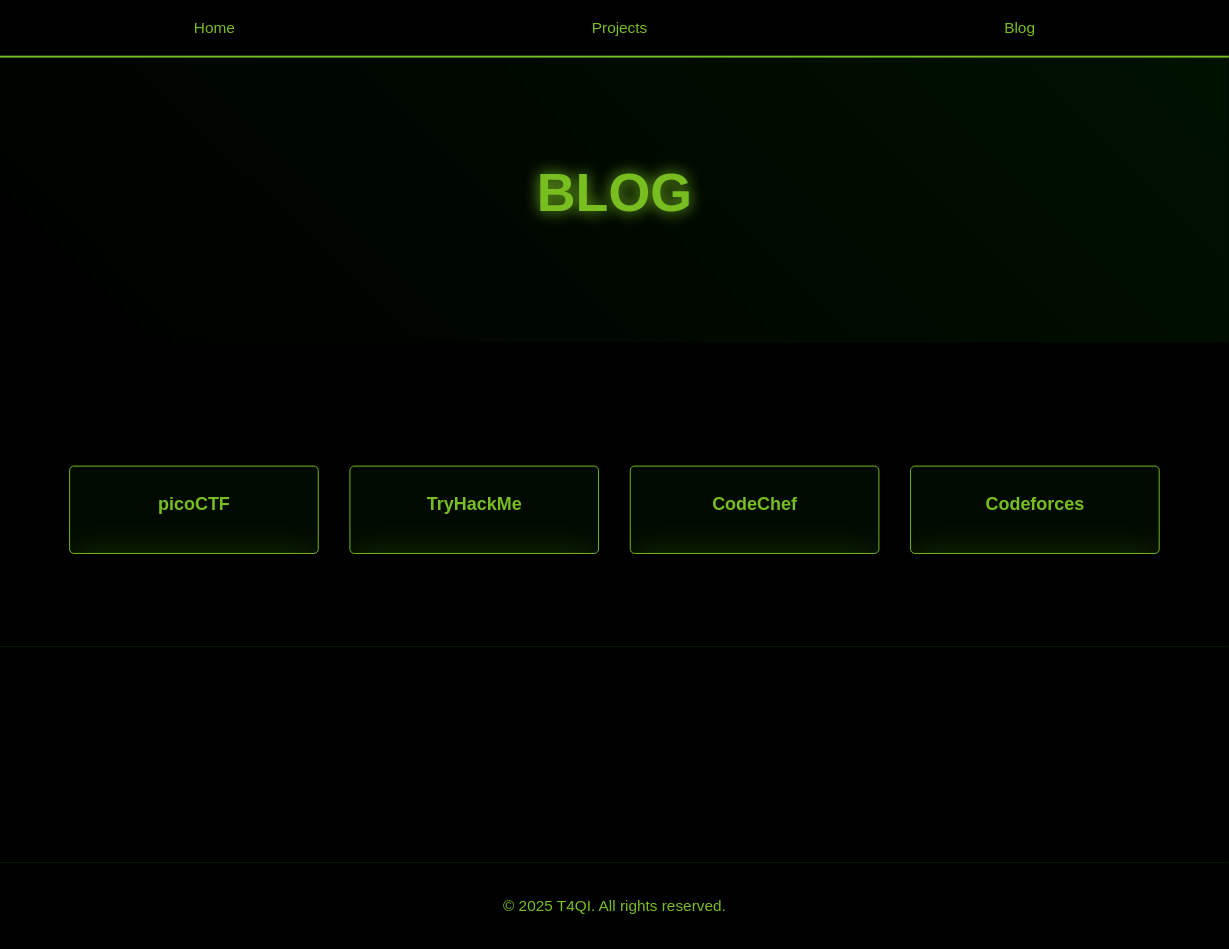
Repository: mohamedsoliman-tq/Website
Page: Blogs.html
An editor plug-in stored every save of this project. The page is shown before and after a run of saves, followed by the edit.
The browser window is 1280 px wide. The pictures show the whole page, at 96% of full size.

Above is the page before, as saved 2025-03-12 23:37:39.

After the next 5 saves:
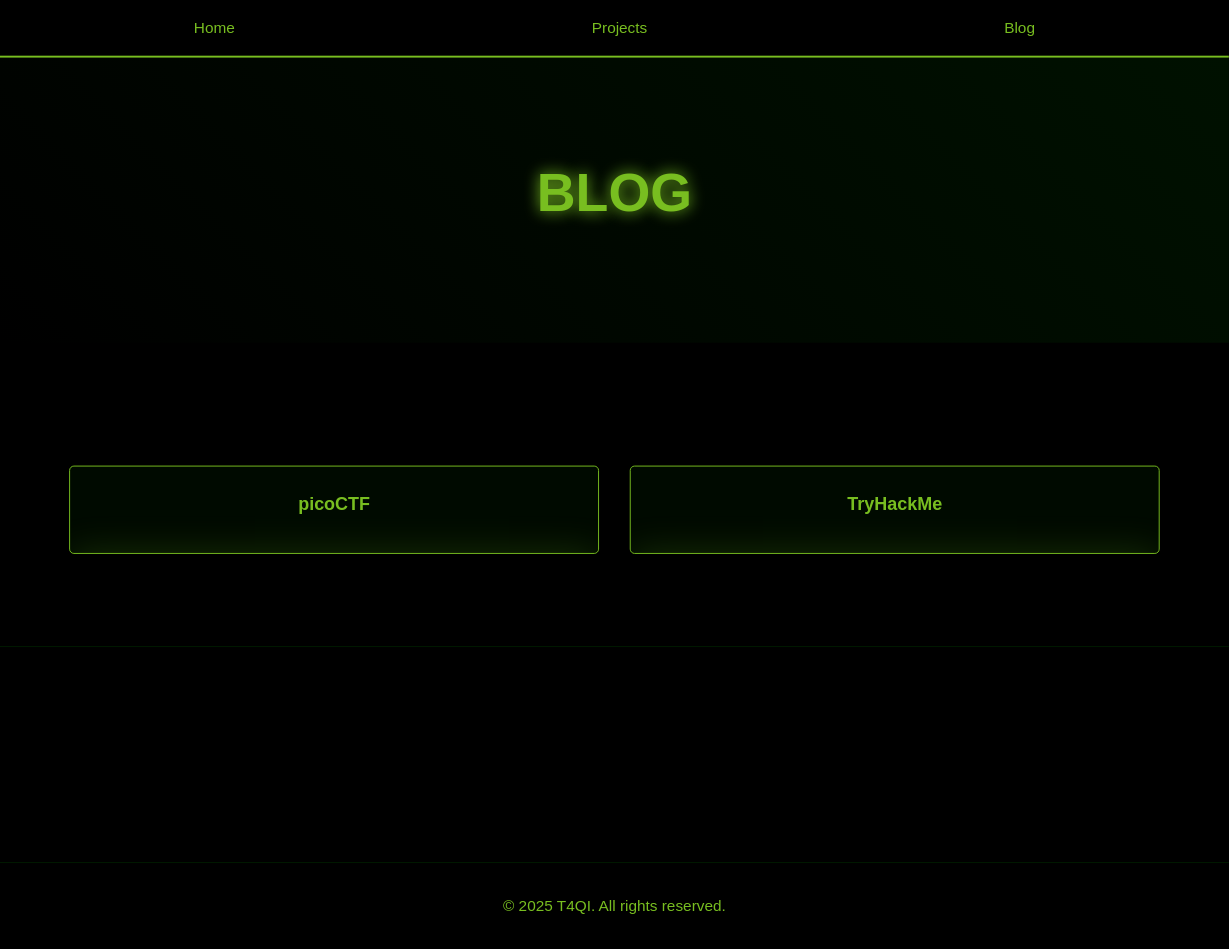
The 5 saves are shown as one change because they came seconds apart.
The last was saved 14 s later.
--- a/Blogs.html
+++ b/Blogs.html
@@ -41,16 +41,6 @@
                     <h3>TryHackMe</h3>
                     <div class="platform-glow"></div>
                 </div>
-
-                <div class="platform-card" onclick="location.href='/blogs/codechef.html';">
-                    <h3>CodeChef</h3>
-                    <div class="platform-glow"></div>
-                </div>
-
-                <div class="platform-card" onclick="location.href='/blogs/codeforces.html';">
-                    <h3>Codeforces</h3>
-                    <div class="platform-glow"></div>
-                </div>
             </div>
         </div>
     </section>
